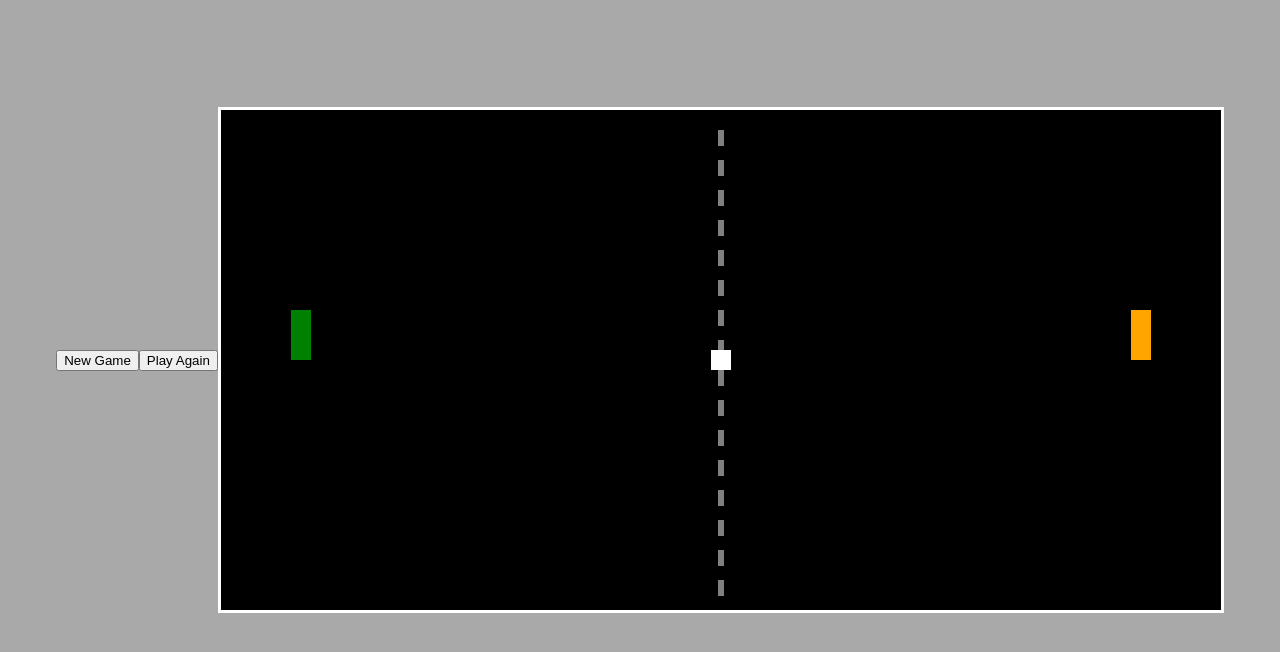
Repository: Dawid-Krasik/Ping-Pong.JS
Page: index.html
An editor plug-in stored every save of this project. The page is shown before and after the next save, followed by the edit.
The browser window is 1280 px wide. The pictures show the whole page.

Above is the page before, as saved 2019-09-24 18:20:40.

### index.html
<!DOCTYPE html>
<html lang="en">
<head>
    <meta charset="UTF-8">
    <meta name="viewport" content="width=device-width, initial-scale=1.0">
    <meta http-equiv="X-UA-Compatible" content="ie=edge">
    <script src="script.js" async></script>
    <link rel="stylesheet" type="text/css" href="style.css">
    <title>Game</title>
</head>
<body>
<button id="newGameButton">New Game</button>
<button id="playAgainButton">Play Again</button>
    <canvas>

    </canvas>

</body>
</html>

### script.js
/*
 * Pong Game
 *
 * made By Dawid .K
 *
 *
 */


// DOM documents and claim Varibles
const canvas = document.querySelector("canvas"),
      ctx = canvas.getContext("2d");
let newGameB = document.getElementById("newGameButton"),
    playAgainB = document.getElementById("playAgainButton");

    canvas.width = 1000;
    canvas.height = 500;

    // All Varibles

const cw = canvas.width;
const ch = canvas.height;

const ballSize = 20;
let ballX = cw / 2 - ballSize / 2
let ballY = ch / 2 - ballSize / 2

const paddelWidght = 20;
const paddelHeight = 50;

const playerX = 70;
const aiX = 910;

let playerY = 200;
let aiY = 200;

const lineWidth = 6;
const lineHeight = 16;

let ballSpeedX = 0;
let ballSpeedY = 0;

let playerPoints = 0;
let aiPoints = 0;

let gameStarted = false;
let gameOver = false;
let playerWon = false;

    //buttons

newGameB.addEventListener('click', function () {

    gameStarted = false;
    gameOver = false;
    playerWon = false;



newGameButton.style.display = 'none';


    ballSpeedX = 7;
    ballSpeedY = 0;
});





playAgainB.addEventListener('click', function () {
    endGame()
    newGameButton.style.display = 'inline';
});


    // Functions self descripting



    //player paddel
function player() {
    ctx.fillStyle = 'green';
    ctx.fillRect(playerX, playerY, paddelWidght, paddelHeight);
}
    // ai padeln
function ai() {
    ctx.fillStyle = 'orange';
    ctx.fillRect(aiX, aiY, paddelWidght, paddelHeight);
}
    // Ball parameters
function ball(){
    ctx.fillStyle = 'white';
    ctx.fillRect(ballX, ballY, ballSize, ballSize);

    //adding movement into the ball
    ballX = ballX + ballSpeedX;
    ballY = ballY + ballSpeedY;

        // setting movement in to the ball top or bottom
        if (ballY <= 0 || ballY + ballSize >= ch ){
          ballSpeedY = -ballSpeedY;
          speedUp()

            }
        // the ball turn back when hit the right or left border

        if (ballX <= 0 || ballX + ballSize >= cw) {
             ballSpeedX = -ballSpeedX;
             speedUp()

            }

}

function table(){
    ctx.fillStyle = 'black';
    ctx.fillRect(0,0, cw, ch);

        // stetting the table to half
        for (let linePosition = 20; linePosition < ch; linePosition +=30){
            ctx.fillStyle = 'gray'
            ctx.fillRect(cw / 2 - lineWidth / 2 , linePosition,
                         lineWidth, lineHeight)
        }
}

    //offset  space

topCanvas = canvas.offsetTop;
console.log(topCanvas)

    // function moving paddel

function playerPosition (e){

   // console.log("Mouse Position", + (e.clientY - topCanvas));
    playerY = e.clientY - topCanvas - paddelHeight / 2;

    // if paddelHeight hit bottom
    // the position is set to 400 and paddel do
    // not crose the table any more
    if (playerY >= ch - paddelHeight ){
        playerY = ch - paddelHeight;

    }
        // {if} the paddel dont crose top border
        if (playerY <= 0){
            playerY = 0;

        }


}
    // setting up speed after hiting borders X and Y
function speedUp(){
   // console.log(ballSpeedX +","+ ballSpeedY);

   // Speeding up X
    if (ballSpeedX > 0 && ballSpeedX < 16){
        ballSpeedX += 1;
    }
    else if (ballSpeedX < 0 && ballSpeedX > -16){
        ballSpeedX -= 1;
    }
    // Speeding up Y
    if (ballSpeedY > 0 && ballSpeedY < 16) {
        ballSpeedY += 1;
    }
    else if (ballSpeedY < 0 && ballSpeedY > -16) {
        ballSpeedY -= 1;
    }
}

    // AI

function aiPosition(){


    const middlePaddel = aiY + paddelHeight / 2;
    const middleBall = ballY + ballSize / 2;


    if (ballX > 500){
        if (middlePaddel - middleBall > 200){
          //  console.log("more then 200");
            aiY -= 15
        }
        else if (middlePaddel - middleBall > 50){
           // console.log("between 50 - 200");
            aiY -= 5
        }
            if (middlePaddel - middleBall < -200){
                //console.log("more then -200");
                aiY += 15
            }
            else if (middlePaddel - middleBall < -50){
          //      console.log("between -50 to - 200");
                aiY += 5
            }
    }
    else if (ballX <= 500 && ballX > 150){
        if (middlePaddel - middleBall > 100){
            aiY -= 3
        }
            else if (middlePaddel - middleBall < -100){
                aiY += 3
            }
    }
}

    // funciont adding score
function score (){


    if (ballX <= 15 && aiPoints < 10) {
        aiPoints += 1;
        ballX = cw / 2 - ballSize / 2
        console.log(aiPoints + " " + "Punkty AI ");

    }

    if (ballX >= 965 && playerPoints < 10) {
        playerPoints += 1;
        ballX = cw / 2 - ballSize / 2
        console.log(playerPoints + " " + "Punkty gracza");

    }

  //  console.log ("za pentlą punkt dla ai" + "" + playerPoints);
}
    // funcion reseting the game

function endGame (){

    ballX = cw / 2 - ballSize / 2
    ballY = ch / 2 - ballSize / 2
    ballSpeedX = 0;
    ballSpeedY = 0;
    playerPoints = 0;
    aiPoints = 0;
    newGameButton.style.display = 'inline';
}
function checkForEnd(){
    if (playerPoints >= 10){
        console.log ("Player Won");
        endGame()
    }
    if (aiPoints >= 10) {
        console.log("Computer Won");
        endGame()
    }
}



canvas.addEventListener("mousemove", playerPosition)

function game (){
table()
ball()
player()
ai()
aiPosition()
score()
checkForEnd()
}

setInterval(game,1000 / 60)

### style.css
body {
    margin:0;
    padding: 0;
    display:flex;
    align-items: center;
    justify-content: center;
    height: 100vh;
    background-color: darkgray;

}
canvas{
   border: 3px solid white;
  /*  */
}

After the next save:
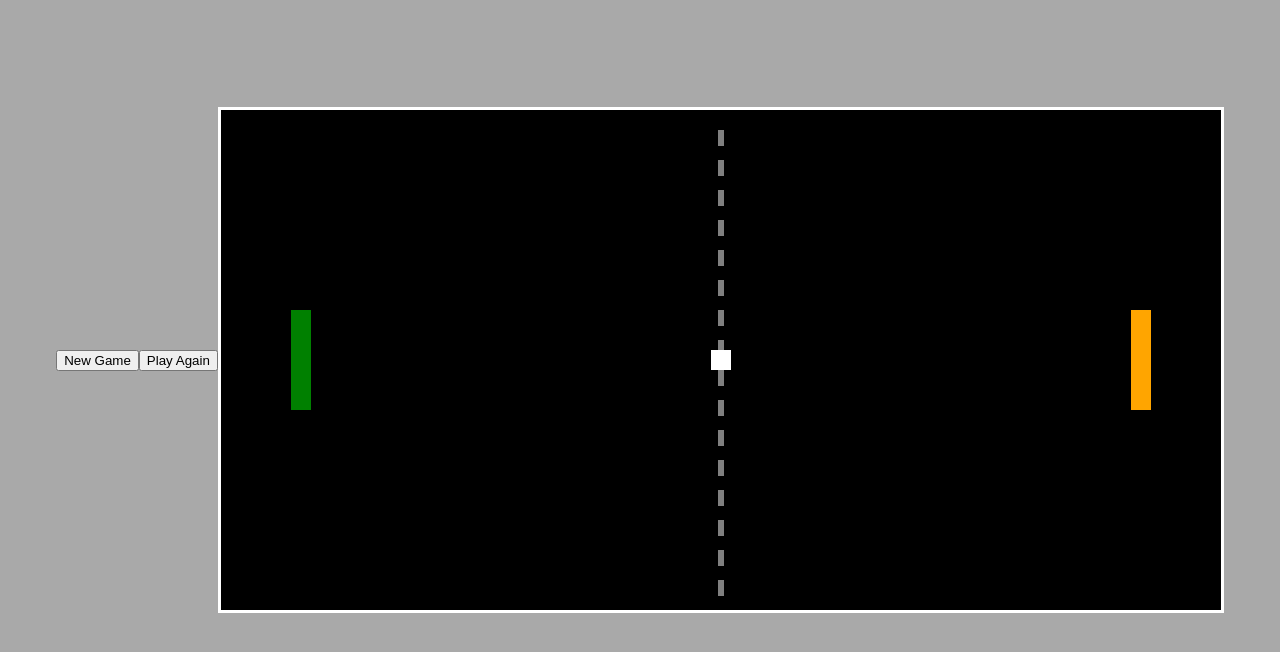
Saved 21 s later.
--- a/script.js
+++ b/script.js
@@ -26,7 +26,7 @@
 let ballY = ch / 2 - ballSize / 2
 
 const paddelWidght = 20;
-const paddelHeight = 50;
+const paddelHeight = 100;
 
 const playerX = 70;
 const aiX = 910;
